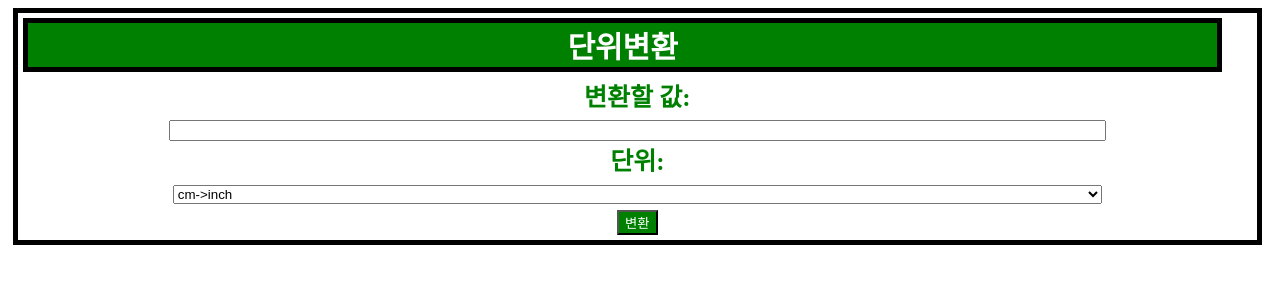
Repository: AiharaAkira/jsp
Page: WebWorkSpace/20_JSP_Test_danwi/src/main/webapp/index.html
These files come from the project's save history. The page is drawn as it stood at one moment and after the next save; the edit follows.
The browser window is 1280 px wide. The pictures show the whole page.

Above is the page before, as saved 2021-11-09 06:52:55.

### WebWorkSpace/20_JSP_Test_danwi/src/main/webapp/index.html
<!DOCTYPE html>
<html>
<head>
<meta charset="UTF-8">
<title>Insert title here</title>
</head>
<body>
	<div style="height: auto; width: 98%; border:5px solid black; margin:5px 5px; text-align:center; color:green; font-weight:bold; font-size:25px;">
		<div id="title" style="height: auto; width: 96%; border:5px solid black; margin:5px 5px; background-color:green; font-size:30px; color:white; ">단위변환</div>

		<form action="Calc.jsp" style="text-align:center" >
		변환할 값: <br>
		<input type="text" name="uInput" style="width:75%"><br>
		단위:	<br>
		<select name="unit" style="width:75%">
		<option value="cm">cm->inch</option>
		<option value="m">m2->평</option>
		<option value="f">℉->℃</option>
		<option value="km">km/h->mi/h</option>
		</select><br>
		<button style="background-color:green; color:white; margin: 5px 5px;" >변환</button>
		</form>

	</div>
</body>
</html>

After the next save:
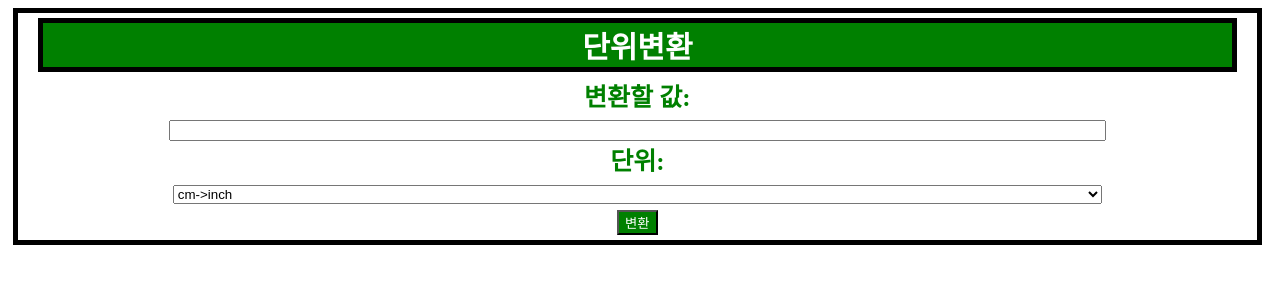
Saved 44 s later.
--- a/WebWorkSpace/20_JSP_Test_danwi/src/main/webapp/index.html
+++ b/WebWorkSpace/20_JSP_Test_danwi/src/main/webapp/index.html
@@ -6,7 +6,7 @@
 </head>
 <body>
 	<div style="height: auto; width: 98%; border:5px solid black; margin:5px 5px; text-align:center; color:green; font-weight:bold; font-size:25px;">
-		<div id="title" style="height: auto; width: 96%; border:5px solid black; margin:5px 5px; background-color:green; font-size:30px; color:white; ">단위변환</div>
+		<div id="title" style="height: auto; width: 96%; border:5px solid black; margin:5px auto; background-color:green; font-size:30px; color:white; ">단위변환</div>
 
 		<form action="Calc.jsp" style="text-align:center" >
 		변환할 값: <br>
